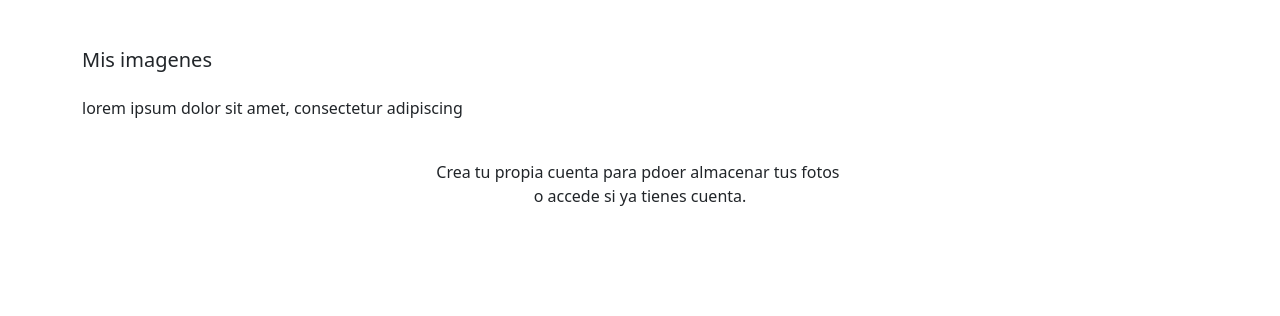
Repository: Davic1o/Fiebaseapp
Page: /
These files come from the project's save history. The page is drawn as it stood at one moment and after the next save; the edit follows.
The browser window is 1280 px wide. The pictures show the whole page.
The project was rebuilt for these pictures with package versions that can differ from the ones it lists, and the page was loaded fresh each time. The framework's server and built-in components were replaced by stand-ins that run in the browser. Also part of the build but not shown: next.config.js.

Above is the page before, as saved 2022-07-28 09:16:42.

### pages/index.js
import Head from 'next/head'
import Link from 'next/link'
import React,{useState, useEffect} from 'react'

import 'bootstrap/dist/css/bootstrap.min.css';
import { Container, Button, Card, CardTitle, CardText } from 'reactstrap';

export default function Home(){

  const HeadData = () =>{
    return <Head>
      <title>Home</title>
      <meta name='viewport' content='initial-scale=1.0, width=device-width' />
      <meta name='description' content='Homepage' />
      <meta name='keywords' content='Homepage' />
      <link rel='icon' href='/favicon.ico' />
    </Head>
  }

  return <>
    <HeadData />
    <Container>
      <br/>
      <br/>
      <CardTitle tag='h5'>
        Mis imagenes
      </CardTitle>
      <br />
      <p>
        lorem ipsum dolor sit amet, consectetur adipiscing
      </p>
      <br />

      <CardText style={{ textAlign: 'center', whiteSpace: 'pre-wrap' }}>
        {`Crea tu propia cuenta para pdoer almacenar tus fotos \no accede si ya tienes cuenta.`}

      </CardText>
    </Container>

  </>
}

Loaded but not shown: pages/_app.js (common file); styles/globals.css (common file)

After the next save:
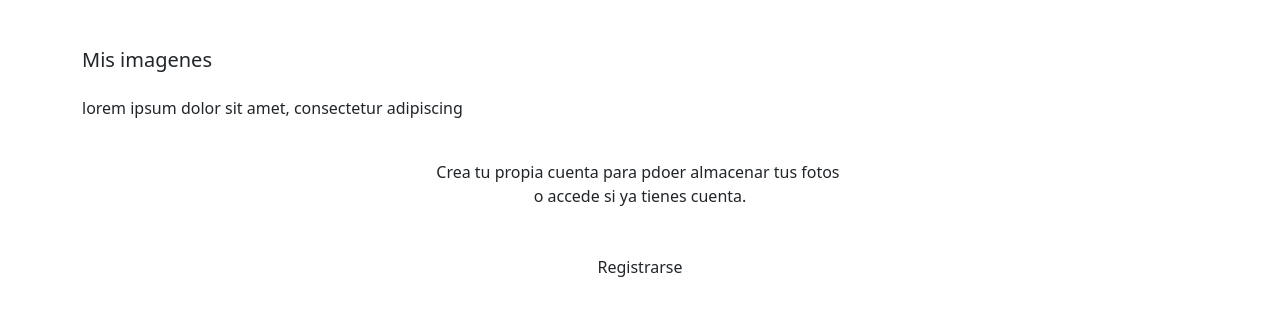
Saved 4 min 52 s later.
--- a/pages/index.js
+++ b/pages/index.js
@@ -33,8 +33,18 @@ export default function Home(){
 
       <CardText style={{ textAlign: 'center', whiteSpace: 'pre-wrap' }}>
         {`Crea tu propia cuenta para pdoer almacenar tus fotos \no accede si ya tienes cuenta.`}
+      </CardText>
+      <br />
 
-      </CardText>
+      <div style={{textAlign:'center'}}>
+        <Link href="/user_app/?loginType=login">
+          <div style={{display: 'inline-block'}}>
+              <Button color='prymary' outline>
+                Registrarse
+              </Button>
+          </div>
+        </Link>
+      </div>
     </Container>
 
   </>
